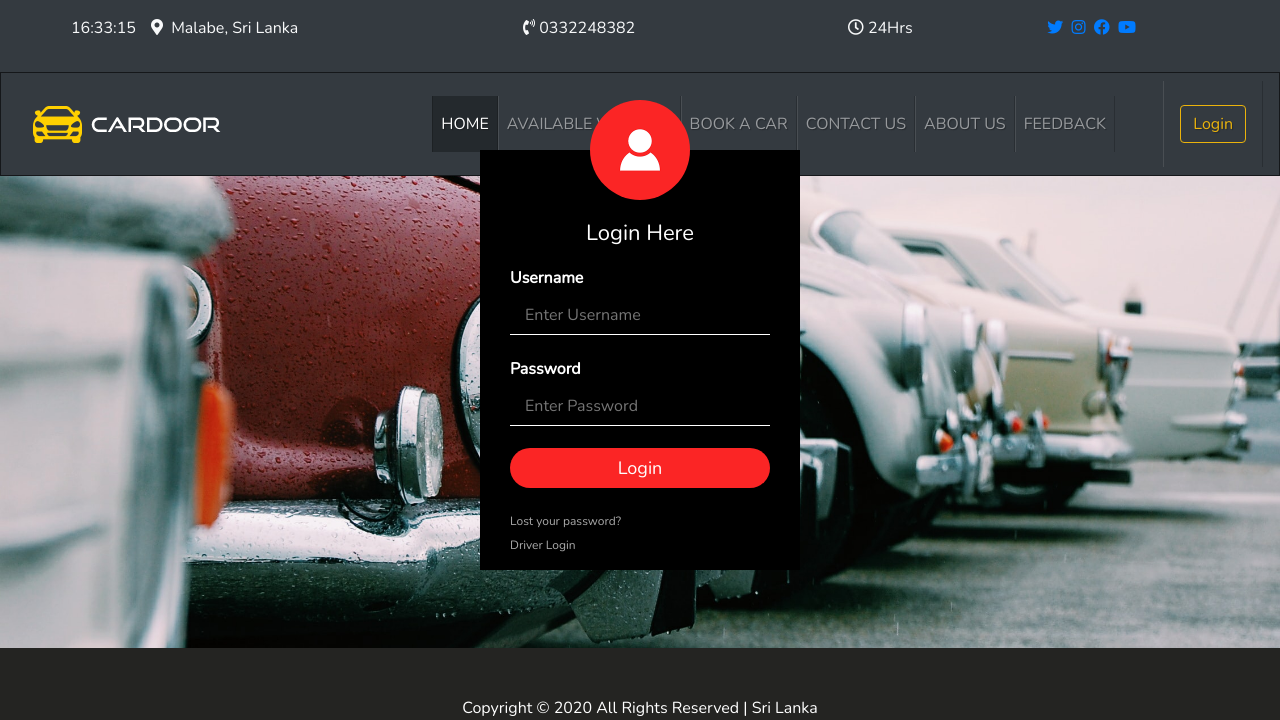
Repository: NipunLakshan99/Cardoor
Page: http://localhost/RentCar/SystemUlogin.jsp
These files come from the project's save history. The page is drawn as it stood at one moment and after the next save; the edit follows.
The browser window is 1280 px wide. The pictures show the whole page.
Some web libraries are served in a nearby version. The page is served by Tomcat 9.

Above is the page before, as saved 2020-05-13 13:44:26.

After the next save:
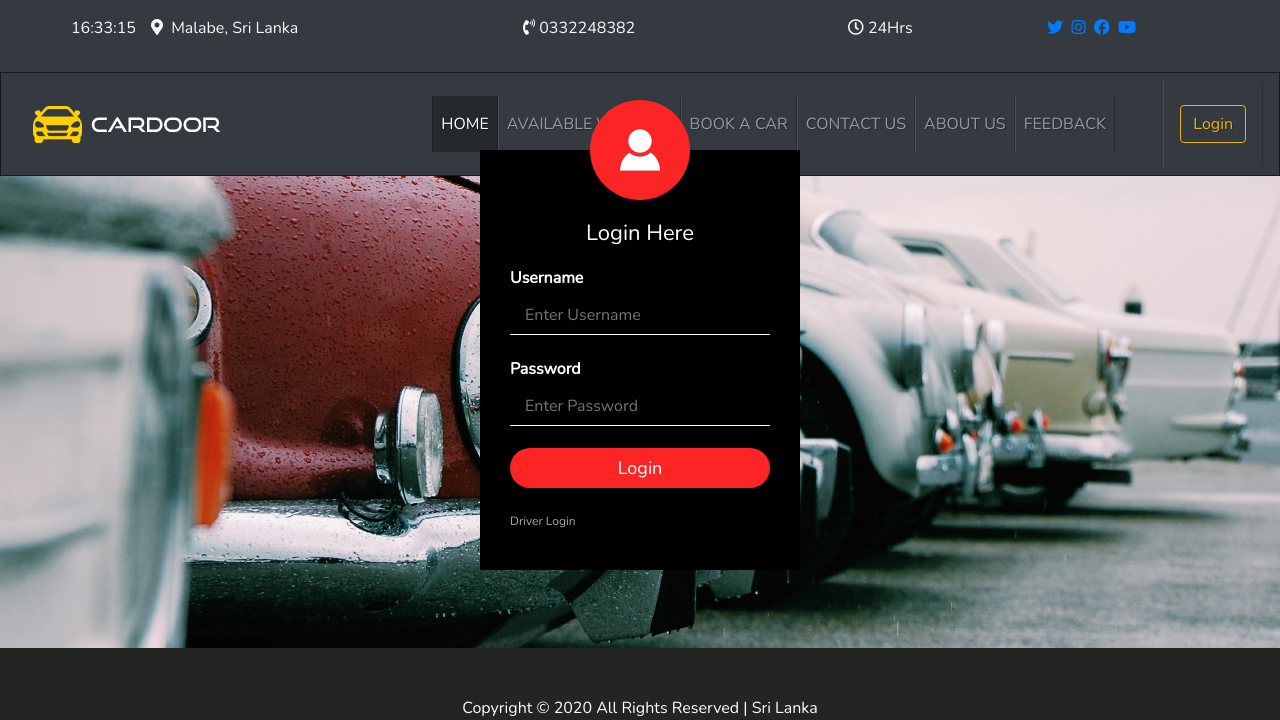
Saved 23 s later.
--- a/RentCar/WebContent/SystemUlogin.jsp
+++ b/RentCar/WebContent/SystemUlogin.jsp
@@ -143,7 +143,6 @@
             <p>Password</p>
             <input type="password" name="" placeholder="Enter Password">
             <input type="submit" name="" value="Login">
-            <a href="#">Lost your password?</a><br>
             <a href="#">Driver Login</a>
         </form>
         <br/>
